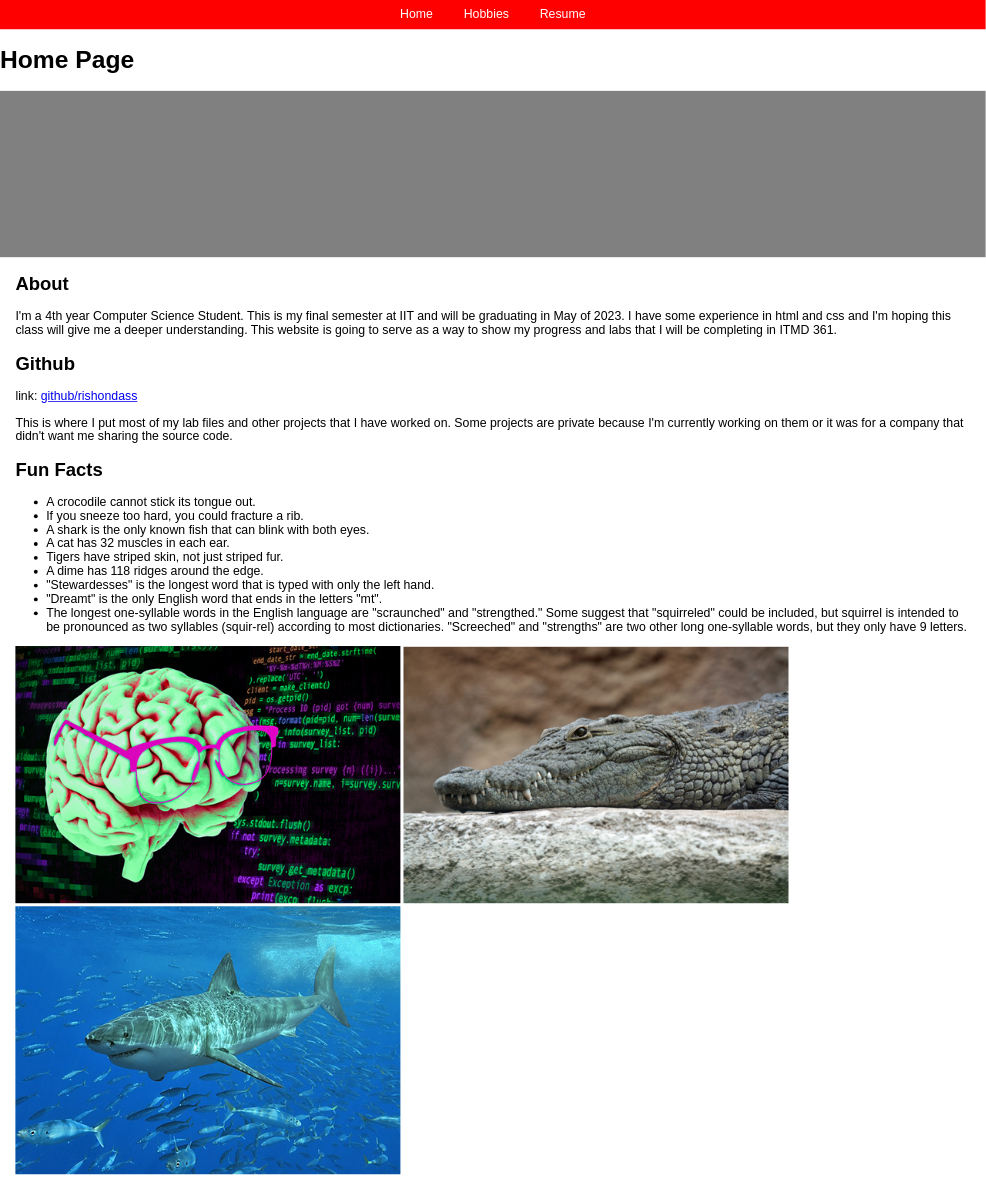
Repository: rishondass/ITMD361-Project2
Page: index.html
The author's editor kept a copy of each file at every save. The page is drawn from the files as they stood at one save, then again after the next save.
The browser window is 1280 px wide. The pictures show the whole page, at 77% of full size.

Above is the page before, as saved 2023-03-07 21:37:01.

### index.html
<!DOCTYPE html>
<html lang="en">
<head>
    <meta charset="UTF-8">
    <meta name="viewport" content="width=device-width, initial-scale=1.0">
    <link rel="stylesheet" href="css/style.css">
    <link rel="stylesheet" href="css/normalize.css">
    <title>Home</title>
</head>
<body>
    <nav id="main-nav">
        <ul>
            <li>
                <a href="index.html">Home</a>
            </li>
            <li>
                <a href="hobbies.html">Hobbies</a>
            </li>
            <li>
                <a href="resume.html">Resume</a>
            </li>
        </ul>
    </nav>
    <h1>Home Page</h1>
    <div id="hero-section">

    </div>
    <div id="main-container">
        <h2>
            About
        </h2>
        <p>
            I'm a 4th year Computer Science Student. This is my final semester at IIT and will be graduating in May of 2023. I have some experience in html and css and I'm hoping this class will give me a deeper understanding. This website is going to serve as a way to show my progress and labs that I will be completing in ITMD 361.
        </p>
        <h2>
            Github
        </h2>
        <p>
            link: <a target="_blank" href="https://www.github.com/rishondass">github/rishondass</a>
        </p>
        <p>
            This is where I put most of my lab files and other projects that I have worked on. Some projects are private because I'm currently working on them or it was for a company that didn't want me sharing the source code.
        </p>
        <h2>
            Fun Facts
        </h2>
        <ul>
            <li>
                A crocodile cannot stick its tongue out.
            </li>
            <li>
                If you sneeze too hard, you could fracture a rib.
            </li>
            <li>
                A shark is the only known fish that can blink with both eyes.
            </li>
            <li>
                A cat has 32 muscles in each ear.
            </li>
            <li>
                Tigers have striped skin, not just striped fur.
            </li>
            <li>
                A dime has 118 ridges around the edge.
            </li>
            <li>
                "Stewardesses" is the longest word that is typed with only the left hand.
            </li>
            <li>
                "Dreamt" is the only English word that ends in the letters "mt".
            </li>
            <li>
                The longest one-syllable words in the English language are "scraunched" and "strengthed." Some suggest that "squirreled" could be included, but squirrel is intended to be pronounced as two syllables (squir-rel) according to most dictionaries. "Screeched" and "strengths" are two other long one-syllable words, but they only have 9 letters.
            </li>
        </ul>
        <img src="images/code.jpg" alt="image_of_code">
        <img src="images/Nile_crocodile_head.jpg" alt="image_of_crocodile">
        <img src="images/White_shark.jpg" alt="image_of_shark">

    </div>
</body>
</html>

### css/style.css
#main-nav{
    background-color: red;
    overflow: hidden;
}

#main-nav ul{
    list-style-type: none;
    padding: 0;
    margin: 0;
    display: flex;
    justify-content: center;
}

#main-nav a{
   display: block;
   padding: 10px 20px;
   text-decoration: none;
   color: white;
}


#main-nav a:hover{
    background-color: rgb(255, 255, 255);
    color:black;
}

#main-container{
    margin: 20px;
}

#hero-section{
    width: 100%;
    height: 30vh;
    background-color: gray;
    margin: 0;
}

Loaded but not shown: css/normalize.css (library)

After the next save:
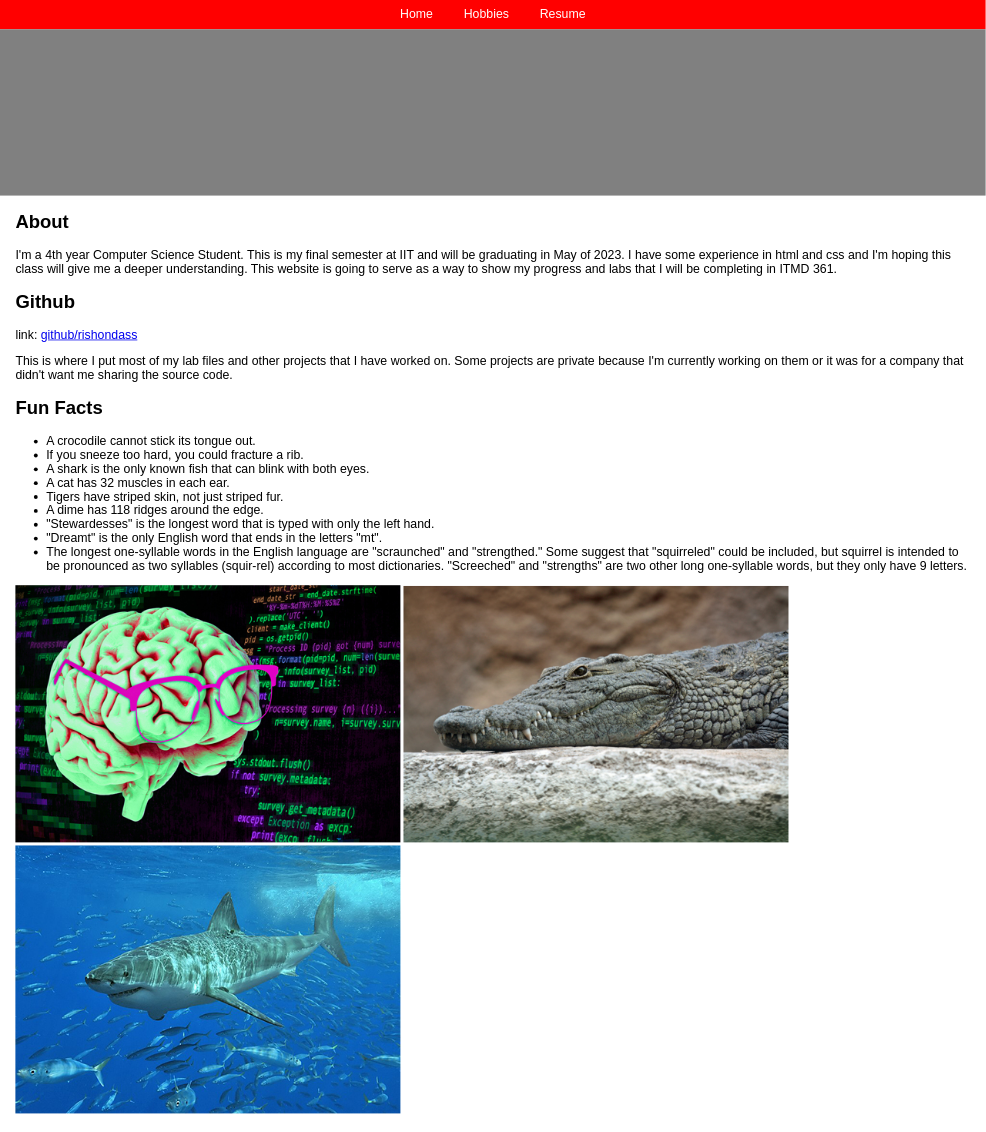
Saved 5 s later.
--- a/index.html
+++ b/index.html
@@ -21,7 +21,6 @@
             </li>
         </ul>
     </nav>
-    <h1>Home Page</h1>
     <div id="hero-section">
 
     </div>
